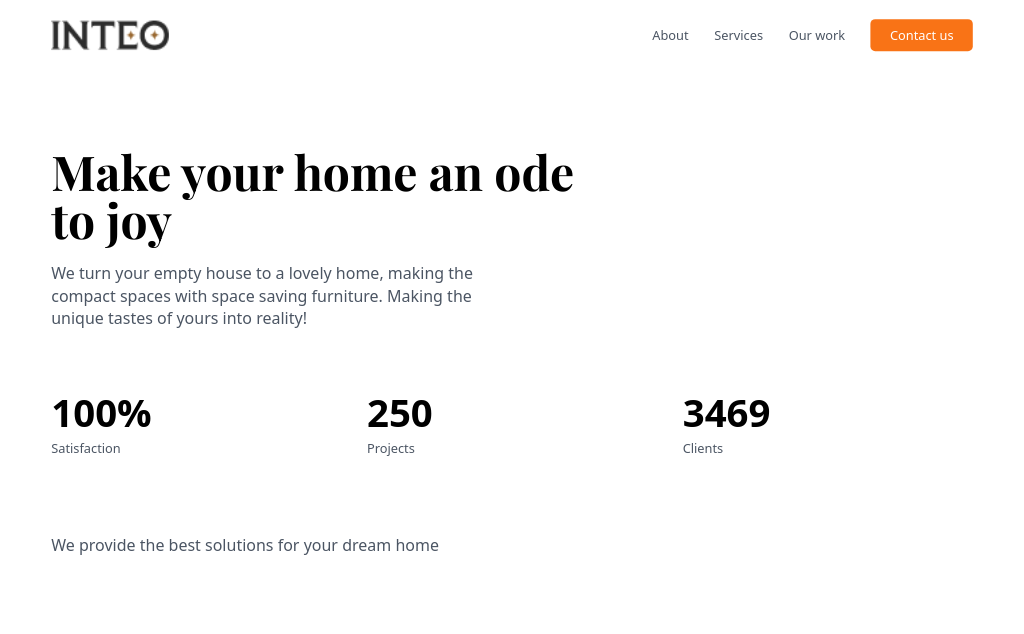
Repository: CatherinneJ/responsive-tailwind-website
Page: tailwind.html
These files come from the project's save history. The page is drawn as it stood at one moment and after the next save; the edit follows.
The browser window is 1280 px wide. The pictures show the whole page, at 80% of full size.
Some web libraries are served in a nearby version.

Above is the page before, as saved 2025-05-20 17:26:24.

### tailwind.html
<!DOCTYPE html>
<html lang="en">
<head>
    <meta charset="UTF-8">
    <meta name="viewport" content="width=device-width, initial-scale=1.0">
    <title>NTEO - Make your home an ode to joy</title>
    <script src="https://cdn.tailwindcss.com"></script>
    <link href="https://fonts.googleapis.com/css2?family=Playfair+Display:wght@400;700&display=swap" rel="stylesheet">
    <style>
        .font-playfair {
            font-family: 'Playfair Display', serif;
        }
    </style>
</head>
<body class="bg-white">
    <!-- Header -->
    <header class="py-6 px-8 lg:px-16">
        <nav class="flex justify-between items-center">
            <img src="./Assets/Logo.png" alt="logo" class="h-10">
            <ul class="flex space-x-8 items-center">
                <li class="text-gray-600 hover:text-black">About</li>
                <li class="text-gray-600 hover:text-black">Services</li>
                <li class="text-gray-600 hover:text-black">Our work</li>
                <li class="bg-orange-500 text-white px-6 py-2 rounded-md hover:bg-orange-600">Contact us</li>
            </ul>
        </nav>
    </header>

    <!-- Hero Section -->
    <section class="px-8 lg:px-16 py-12 md:py-24">
        <h1 class="text-4xl md:text-5xl lg:text-6xl font-bold font-playfair mb-6 max-w-2xl">
            Make your home an ode to joy
        </h1>

        <p class="text-lg md:text-xl text-gray-600 mb-12 md:mb-20 max-w-xl">
            We turn your empty house to a lovely home, making the compact spaces with space saving furniture. Making the unique tastes of yours into reality!
        </p>

        <!-- Stats Grid -->
        <div class="grid grid-cols-1 md:grid-cols-3 gap-8 mb-16 md:mb-24">
            <div>
                <p class="text-4xl md:text-5xl font-bold mb-2">100%</p>
                <p class="text-gray-600">Satisfaction</p>
            </div>
            <div>
                <p class="text-4xl md:text-5xl font-bold mb-2">250</p>
                <p class="text-gray-600">Projects</p>
            </div>
            <div>
                <p class="text-4xl md:text-5xl font-bold mb-2">3469</p>
                <p class="text-gray-600">Clients</p>
            </div>
        </div>

        <p class="text-lg md:text-xl text-gray-600 max-w-xl">
            We provide the best solutions for your dream home
        </p>
    </section>
</body>
</html>

After the next save:
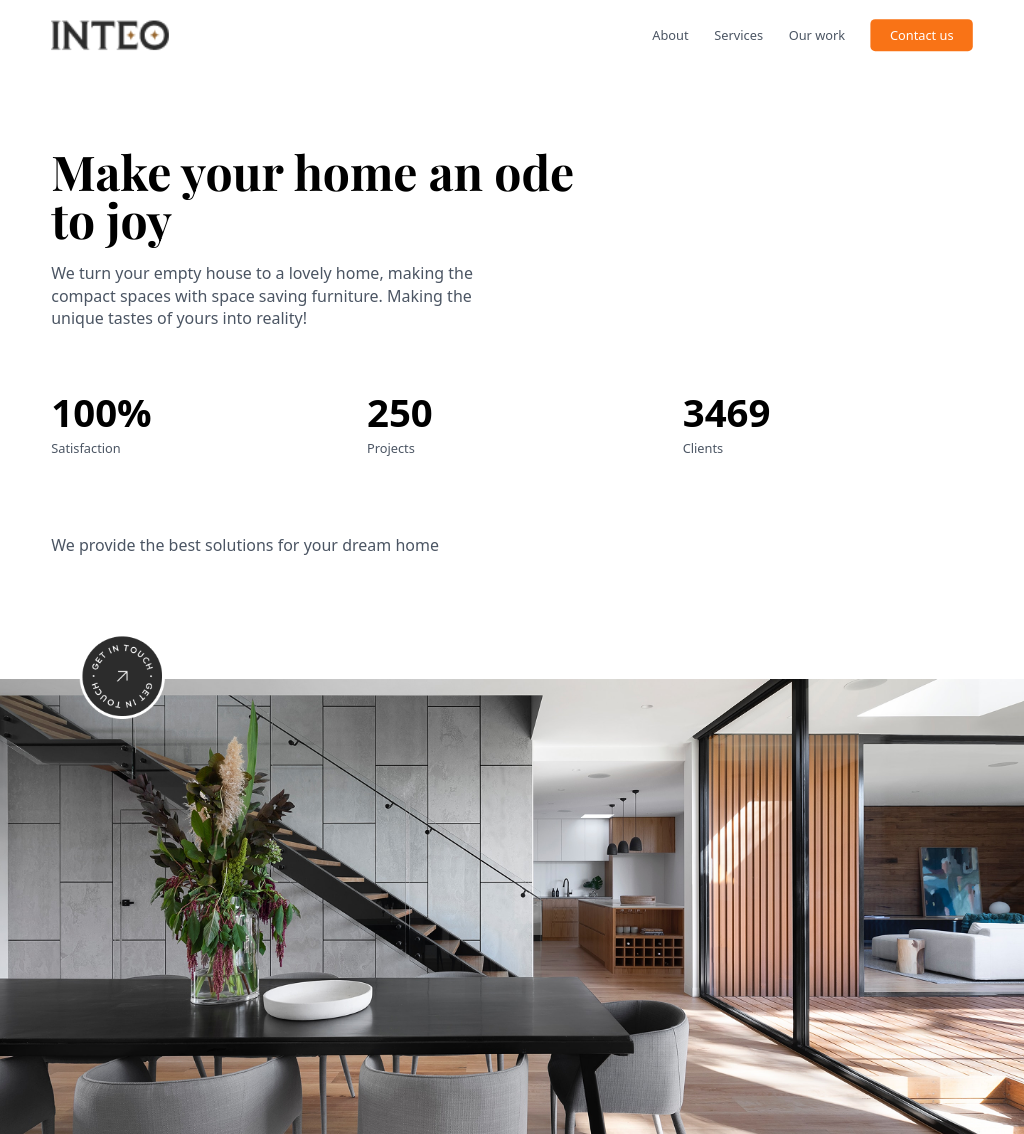
Saved 4 min 27 s later.
--- a/tailwind.html
+++ b/tailwind.html
@@ -56,5 +56,8 @@
             We provide the best solutions for your dream home
         </p>
     </section>
+    <section>
+        <img src="./Assets/Creative.png" alt="background1">
+    </section>
 </body>
 </html>
